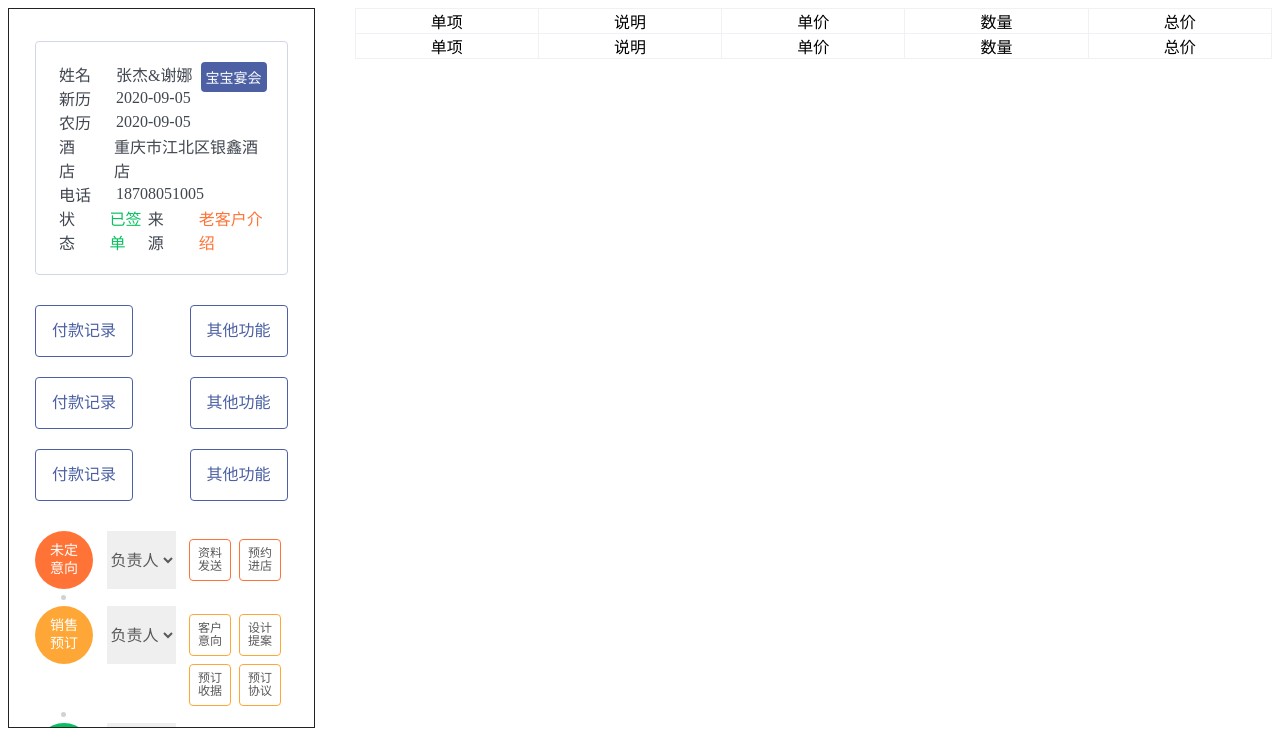
Repository: Lairuola/wedding-1
Page: index.html
These files come from the project's save history. The page is drawn as it stood at one moment and after the next save; the edit follows.
The browser window is 1280 px wide. The pictures show the whole page.

Above is the page before, as saved 2020-12-24 15:40:17.

After the next save:
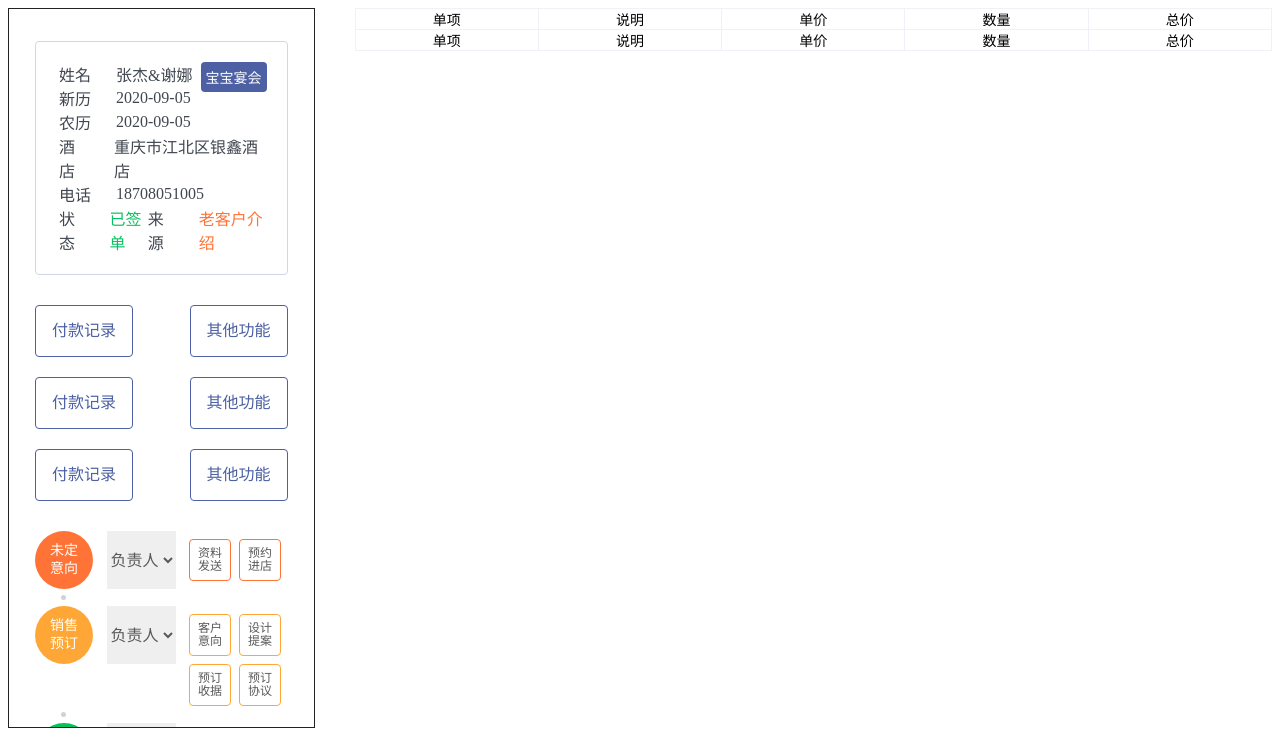
Saved 11 s later.
--- a/index.html
+++ b/index.html
@@ -2,7 +2,7 @@
  * @Author       : 濑若拉
  * @Date         : 2020-12-17 10:22:14
  * @LastEditors  : 濑若拉
- * @LastEditTime : 2020-12-24 15:40:17
+ * @LastEditTime : 2020-12-24 15:40:28
  * @FilePath     : /slidebar/index.html
 -->
 
@@ -300,6 +300,7 @@
       align-items: center;
       justify-content: center;
       border: 1px solid #eff1f7;
+      font-size: 14px;
     }
 
     .my-table .rows .item:not(:last-child) {
